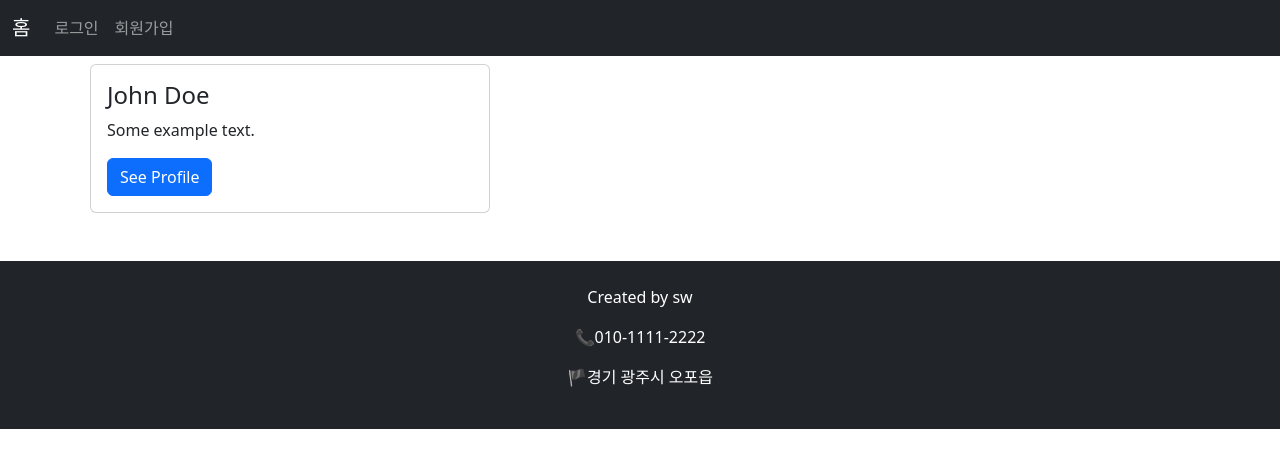
Repository: ksw0502/Springboot-JPA-Blog
Page: http://localhost/blog/WEB-INF/views/index.jsp
An editor plug-in stored every save of this project. The page is shown before and after the next save, followed by the edit.
The browser window is 1280 px wide. The pictures show the whole page.
The page is served by Tomcat 9. Nobody is signed in. The template is opened directly, without the code that normally fills it, so the values that code supplies are empty.

Above is the page before, as saved 2023-11-25 15:44:32.

After the next save:
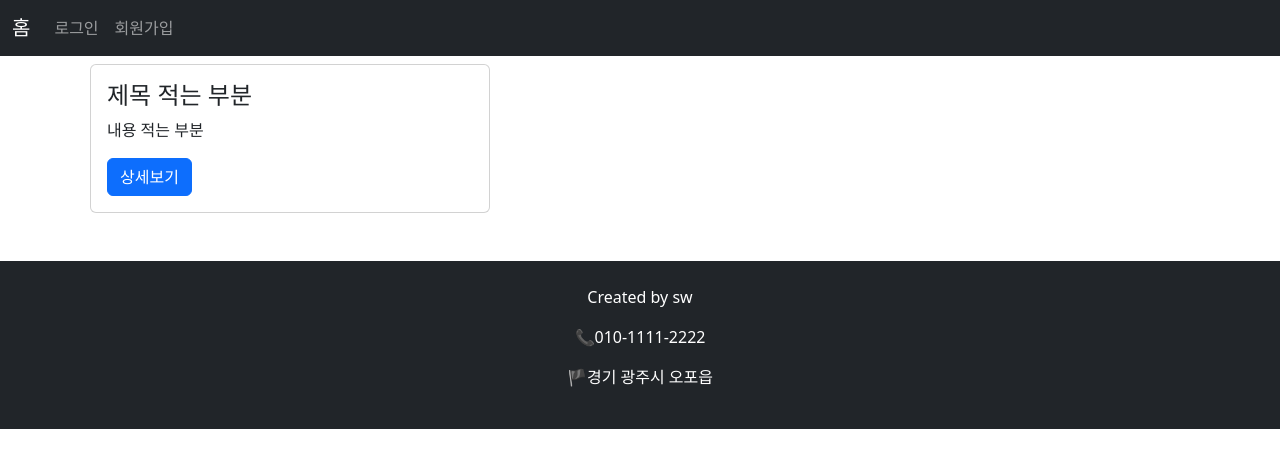
Saved 22 s later.
--- a/blog/src/main/webapp/WEB-INF/views/index.jsp
+++ b/blog/src/main/webapp/WEB-INF/views/index.jsp
@@ -28,9 +28,9 @@
 	<div class="container">
 		<div class="card m-2" style="width: 400px">
 			<div class="card-body">
-				<h4 class="card-title">John Doe</h4>
-				<p class="card-text">Some example text.</p>
-				<a href="#" class="btn btn-primary">See Profile</a>
+				<h4 class="card-title">제목 적는 부분</h4>
+				<p class="card-text">내용 적는 부분</p>
+				<a href="#" class="btn btn-primary">상세보기</a>
 			</div>
 		</div>
 	</div>
